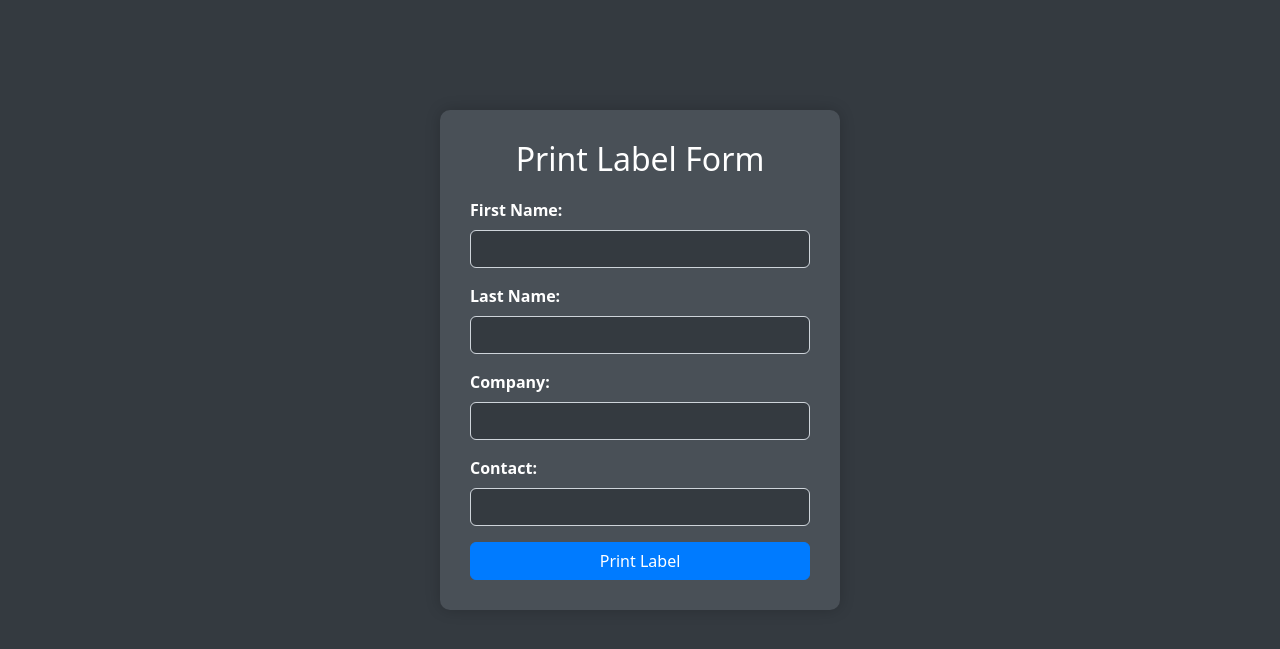
Repository: koenig39/brather
Page: templates/form.html
These files come from the project's save history. The page is drawn as it stood at one moment and after the next save; the edit follows.
The browser window is 1280 px wide. The pictures show the whole page.

Above is the page before, as saved 2024-10-24 17:20:21.

### templates/form.html
<!DOCTYPE html>
<html lang="en">
<head>
    <meta charset="UTF-8">
    <meta http-equiv="X-UA-Compatible" content="IE=edge">
    <meta name="viewport" content="width=device-width, initial-scale=1.0">
    <title>Print Label Form</title>
    <!-- Bootstrap CSS -->
    <link href="https://cdn.jsdelivr.net/npm/bootstrap@5.3.0-alpha3/dist/css/bootstrap.min.css" rel="stylesheet">
    <style>
        body {
            background-color: #343a40;
            color: white;
            display: flex;
            justify-content: center;
            align-items: center;
            height: 100vh;
            margin: 0;
        }
        .form-container {
            background-color: #495057;
            padding: 30px;
            border-radius: 10px;
            box-shadow: 0 0 15px rgba(0, 0, 0, 0.2);
            width: 100%;
            max-width: 400px;
        }
        h2 {
            text-align: center;
            margin-bottom: 20px;
        }
        label {
            font-weight: bold;
        }
        .form-control {
            background-color: #343a40;
            color: white;
            border: 1px solid #ced4da;
        }
        .form-control:focus {
            background-color: #343a40;
            color: white;
            border-color: #86b7fe;
        }
        .btn-primary {
            background-color: #007bff;
            border-color: #007bff;
        }
        .btn-primary:hover {
            background-color: #0056b3;
            border-color: #004085;
        }
    </style>
</head>
<body>
    <div class="form-container">
        <h2>Print Label Form</h2>
        <form action="/submit" method="POST">
            <div class="mb-3">
                <label for="fname" class="form-label">First Name:</label>
                <input type="text" class="form-control" id="fname" name="fname" required>
            </div>

            <div class="mb-3">
                <label for="lname" class="form-label">Last Name:</label>
                <input type="text" class="form-control" id="lname" name="lname" required>
            </div>

            <div class="mb-3">
                <label for="company" class="form-label">Company:</label>
                <input type="text" class="form-control" id="company" name="company" required>
            </div>

            <div class="mb-3">
                <label for="contact" class="form-label">Contact:</label>
                <input type="text" class="form-control" id="contact" name="contact" required>
            </div>

            <div class="d-grid">
                <button type="submit" class="btn btn-primary">Print Label</button>
            </div>
        </form>
    </div>

    <!-- Bootstrap JS (optional, for features like modals, tooltips) -->
    <script src="https://cdn.jsdelivr.net/npm/bootstrap@5.3.0-alpha3/dist/js/bootstrap.bundle.min.js"></script>
</body>
</html>

After the next save:
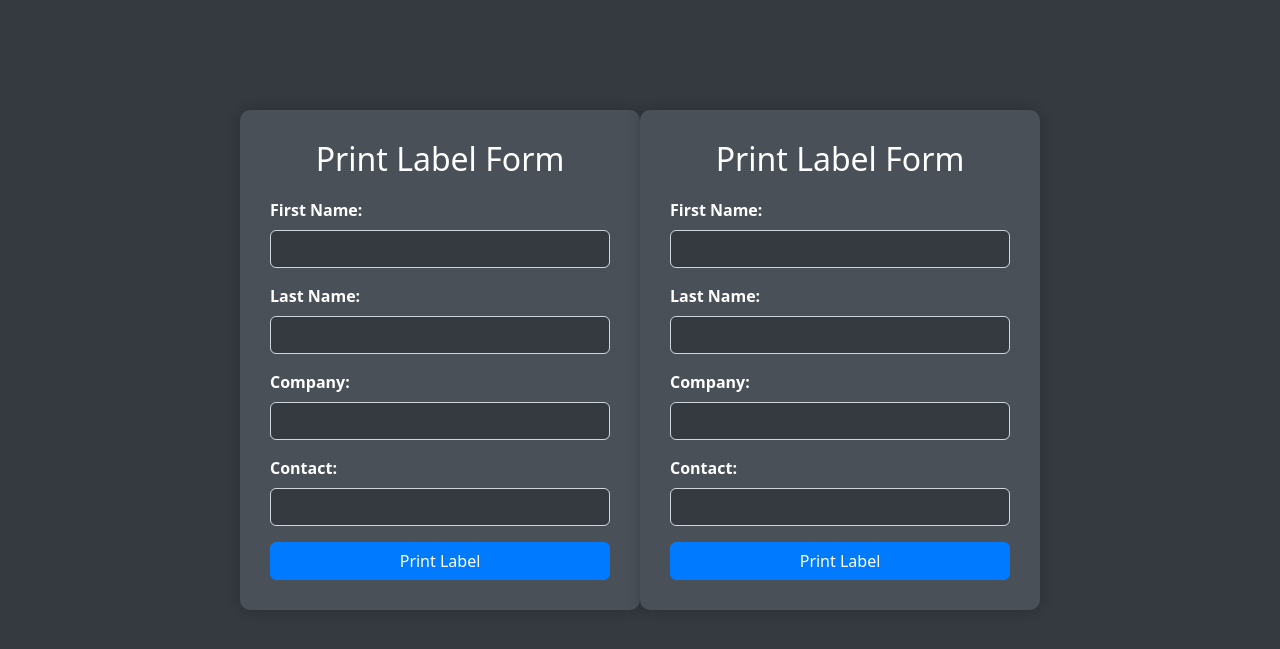
Saved 67 s later.
--- a/templates/form.html
+++ b/templates/form.html
@@ -86,3 +86,91 @@
     <script src="https://cdn.jsdelivr.net/npm/bootstrap@5.3.0-alpha3/dist/js/bootstrap.bundle.min.js"></script>
 </body>
 </html>
+<!DOCTYPE html>
+<html lang="en">
+<head>
+    <meta charset="UTF-8">
+    <meta http-equiv="X-UA-Compatible" content="IE=edge">
+    <meta name="viewport" content="width=device-width, initial-scale=1.0">
+    <title>Print Label Form</title>
+    <!-- Bootstrap CSS -->
+    <link href="https://cdn.jsdelivr.net/npm/bootstrap@5.3.0-alpha3/dist/css/bootstrap.min.css" rel="stylesheet">
+    <style>
+        body {
+            background-color: #343a40;
+            color: white;
+            display: flex;
+            justify-content: center;
+            align-items: center;
+            height: 100vh;
+            margin: 0;
+        }
+        .form-container {
+            background-color: #495057;
+            padding: 30px;
+            border-radius: 10px;
+            box-shadow: 0 0 15px rgba(0, 0, 0, 0.2);
+            width: 100%;
+            max-width: 400px;
+        }
+        h2 {
+            text-align: center;
+            margin-bottom: 20px;
+        }
+        label {
+            font-weight: bold;
+        }
+        .form-control {
+            background-color: #343a40;
+            color: white;
+            border: 1px solid #ced4da;
+        }
+        .form-control:focus {
+            background-color: #343a40;
+            color: white;
+            border-color: #86b7fe;
+        }
+        .btn-primary {
+            background-color: #007bff;
+            border-color: #007bff;
+        }
+        .btn-primary:hover {
+            background-color: #0056b3;
+            border-color: #004085;
+        }
+    </style>
+</head>
+<body>
+    <div class="form-container">
+        <h2>Print Label Form</h2>
+        <form action="/submit" method="POST">
+            <div class="mb-3">
+                <label for="fname" class="form-label">First Name:</label>
+                <input type="text" class="form-control" id="fname" name="fname" required>
+            </div>
+
+            <div class="mb-3">
+                <label for="lname" class="form-label">Last Name:</label>
+                <input type="text" class="form-control" id="lname" name="lname" required>
+            </div>
+
+            <div class="mb-3">
+                <label for="company" class="form-label">Company:</label>
+                <input type="text" class="form-control" id="company" name="company" required>
+            </div>
+
+            <div class="mb-3">
+                <label for="contact" class="form-label">Contact:</label>
+                <input type="text" class="form-control" id="contact" name="contact" required>
+            </div>
+
+            <div class="d-grid">
+                <button type="submit" class="btn btn-primary">Print Label</button>
+            </div>
+        </form>
+    </div>
+
+    <!-- Bootstrap JS (optional, for features like modals, tooltips) -->
+    <script src="https://cdn.jsdelivr.net/npm/bootstrap@5.3.0-alpha3/dist/js/bootstrap.bundle.min.js"></script>
+</body>
+</html>

After the save that followed:
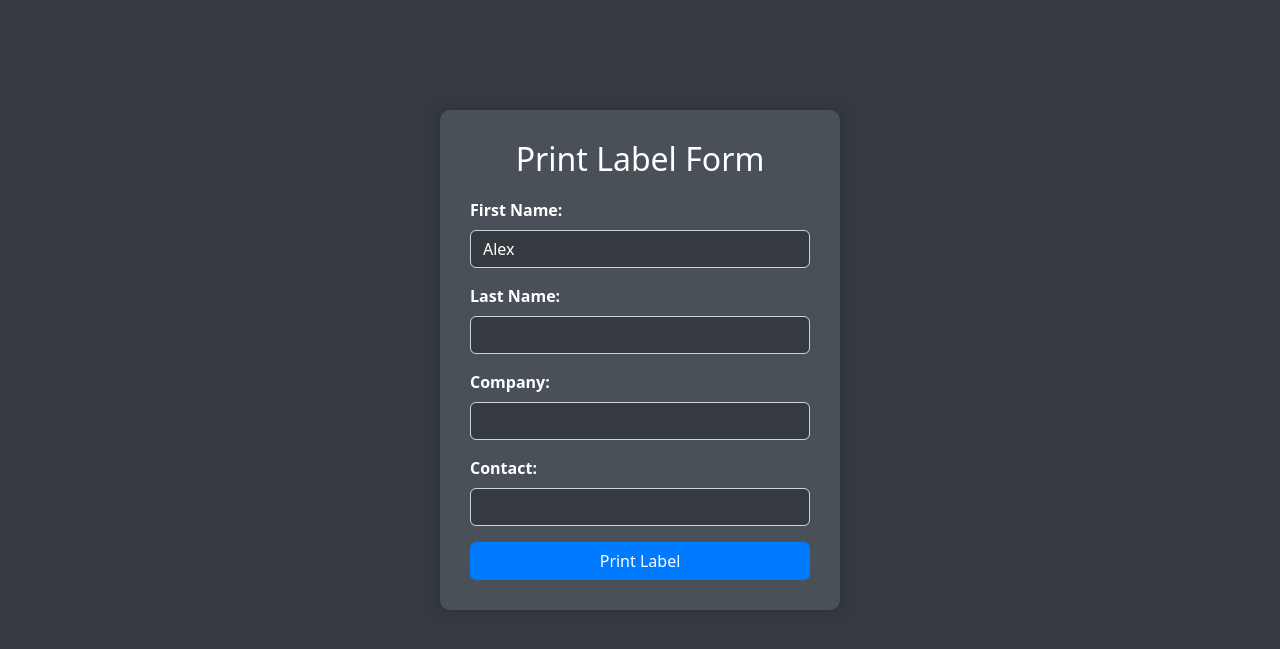
Saved 3 min 45 s later.
--- a/templates/form.html
+++ b/templates/form.html
@@ -58,7 +58,7 @@
         <form action="/submit" method="POST">
             <div class="mb-3">
                 <label for="fname" class="form-label">First Name:</label>
-                <input type="text" class="form-control" id="fname" name="fname" required>
+                <input type="text" class="form-control" id="fname" name="fname" required value="Alex">
             </div>
 
             <div class="mb-3">
@@ -86,91 +86,3 @@
     <script src="https://cdn.jsdelivr.net/npm/bootstrap@5.3.0-alpha3/dist/js/bootstrap.bundle.min.js"></script>
 </body>
 </html>
-<!DOCTYPE html>
-<html lang="en">
-<head>
-    <meta charset="UTF-8">
-    <meta http-equiv="X-UA-Compatible" content="IE=edge">
-    <meta name="viewport" content="width=device-width, initial-scale=1.0">
-    <title>Print Label Form</title>
-    <!-- Bootstrap CSS -->
-    <link href="https://cdn.jsdelivr.net/npm/bootstrap@5.3.0-alpha3/dist/css/bootstrap.min.css" rel="stylesheet">
-    <style>
-        body {
-            background-color: #343a40;
-            color: white;
-            display: flex;
-            justify-content: center;
-            align-items: center;
-            height: 100vh;
-            margin: 0;
-        }
-        .form-container {
-            background-color: #495057;
-            padding: 30px;
-            border-radius: 10px;
-            box-shadow: 0 0 15px rgba(0, 0, 0, 0.2);
-            width: 100%;
-            max-width: 400px;
-        }
-        h2 {
-            text-align: center;
-            margin-bottom: 20px;
-        }
-        label {
-            font-weight: bold;
-        }
-        .form-control {
-            background-color: #343a40;
-            color: white;
-            border: 1px solid #ced4da;
-        }
-        .form-control:focus {
-            background-color: #343a40;
-            color: white;
-            border-color: #86b7fe;
-        }
-        .btn-primary {
-            background-color: #007bff;
-            border-color: #007bff;
-        }
-        .btn-primary:hover {
-            background-color: #0056b3;
-            border-color: #004085;
-        }
-    </style>
-</head>
-<body>
-    <div class="form-container">
-        <h2>Print Label Form</h2>
-        <form action="/submit" method="POST">
-            <div class="mb-3">
-                <label for="fname" class="form-label">First Name:</label>
-                <input type="text" class="form-control" id="fname" name="fname" required>
-            </div>
-
-            <div class="mb-3">
-                <label for="lname" class="form-label">Last Name:</label>
-                <input type="text" class="form-control" id="lname" name="lname" required>
-            </div>
-
-            <div class="mb-3">
-                <label for="company" class="form-label">Company:</label>
-                <input type="text" class="form-control" id="company" name="company" required>
-            </div>
-
-            <div class="mb-3">
-                <label for="contact" class="form-label">Contact:</label>
-                <input type="text" class="form-control" id="contact" name="contact" required>
-            </div>
-
-            <div class="d-grid">
-                <button type="submit" class="btn btn-primary">Print Label</button>
-            </div>
-        </form>
-    </div>
-
-    <!-- Bootstrap JS (optional, for features like modals, tooltips) -->
-    <script src="https://cdn.jsdelivr.net/npm/bootstrap@5.3.0-alpha3/dist/js/bootstrap.bundle.min.js"></script>
-</body>
-</html>
